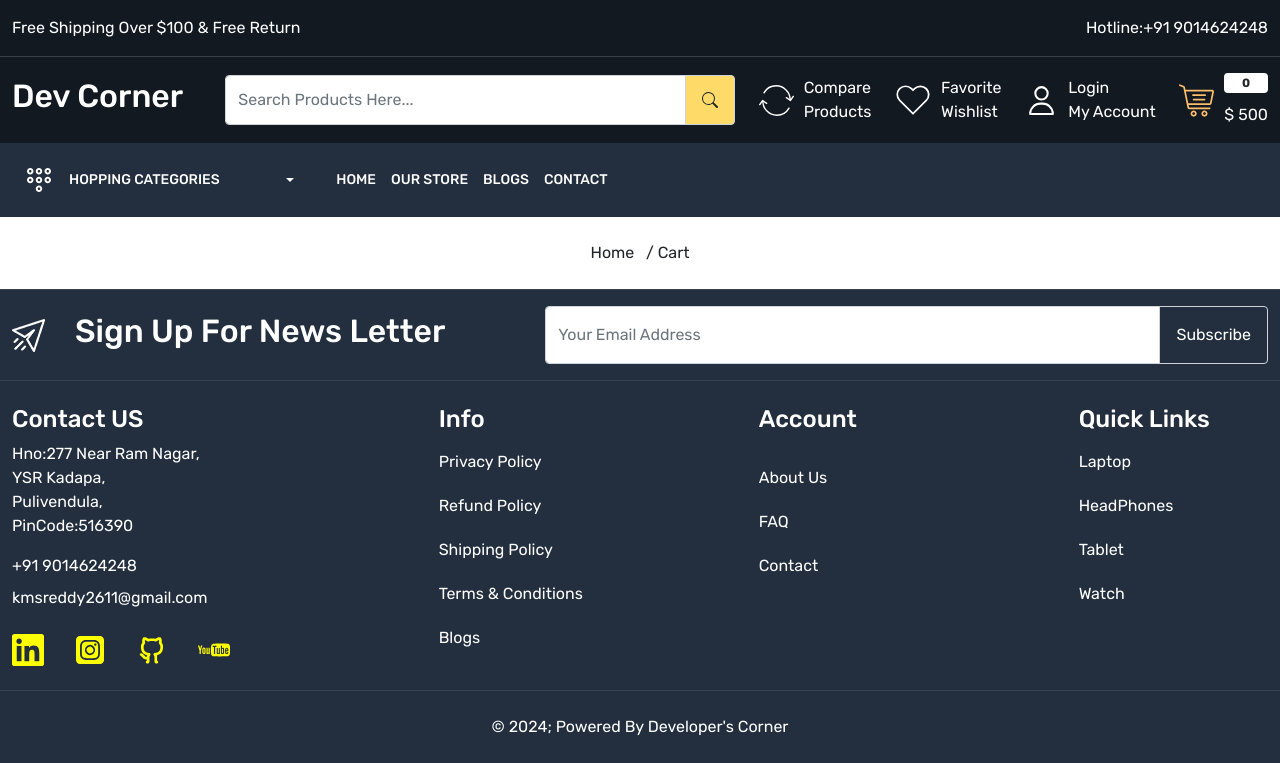
Repository: maniheist/ecommerce-app
Page: /cart
These files come from the project's save history. The page is drawn as it stood at one moment and after the next save; the edit follows.
The browser window is 1280 px wide. The pictures show the whole page.
The project was rebuilt for these pictures with package versions that can differ from the ones it lists, and the page was loaded fresh each time. Also part of the build but not shown: src/components/BlogCard.js, src/components/ProductCard.js, src/components/SpecialProduct.js, src/pages/Home.js, src/pages/About.js, src/pages/Contact.js, src/components/Color.js, src/pages/OurStore.js and 13 more.

Above is the page before, as saved 2024-02-21 17:09:42.

### public/index.html
<!DOCTYPE html>
<html lang="en">
  <head>
    <meta charset="utf-8" />
    <link rel="icon" href="%PUBLIC_URL%/favicon.ico" />
    <meta name="viewport" content="width=device-width, initial-scale=1" />
    <meta name="theme-color" content="#000000" />
    <meta
      name="description"
      content="Web site created using create-react-app"
    />
    <link rel="apple-touch-icon" href="%PUBLIC_URL%/logo192.png" />

    <link rel="preconnect" href="https://fonts.googleapis.com" />
    <link rel="preconnect" href="https://fonts.gstatic.com" crossorigin />
    <link
      href="https://fonts.googleapis.com/css2?family=Rubik:ital,wght@0,300..900;1,300..900&display=swap"
      rel="stylesheet"
    />
    <link
      href="https://cdn.jsdelivr.net/npm/bootstrap@5.0.2/dist/css/bootstrap.min.css"
      rel="stylesheet"
      integrity="sha384-EVSTQN3/azprG1Anm3QDgpJLIm9Nao0Yz1ztcQTwFspd3yD65VohhpuuCOmLASjC"
      crossorigin="anonymous"
    />
    <link rel="manifest" href="%PUBLIC_URL%/manifest.json" />

    <title>React Redux App</title>
  </head>
  <body>
    <noscript>You need to enable JavaScript to run this app.</noscript>
    <div id="root"></div>
    <script
      src="https://cdn.jsdelivr.net/npm/bootstrap@5.0.2/dist/js/bootstrap.bundle.min.js"
      integrity="sha384-MrcW6ZMFYlzcLA8Nl+NtUVF0sA7MsXsP1UyJoMp4YLEuNSfAP+JcXn/tWtIaxVXM"
      crossorigin="anonymous"
    ></script>
  </body>
</html>

### src/index.js
import React from 'react';
import { createRoot } from 'react-dom/client';

import App from './App';

const container = document.getElementById('root');
const root = createRoot(container);

root.render(

      <App />

);

### src/App.js
import React from 'react';
import './App.css';
import {BrowserRouter,Routes,Route} from "react-router-dom";
import Layout from "./components/Layout";
import Home from "./pages/Home"
import About from "./pages/About"
import Contact from "./pages/Contact"
import OurStore from './pages/OurStore';
import Blog from "./pages/Blog";
import CompareProduct from './pages/CompareProduct';
import Wishlist from './pages/Wishlist';
import Login from './pages/Login';
import Forgotpassword from './pages/Forgotpassword';
import Signup from './pages/Signup';
import Resetpassword from './pages/Resetpassword';
import SingleBlog from './pages/SingleBlog';
import PrivacyPolicy from './pages/PrivacyPolicy';
import RefundPolicy from './pages/RefundPolicy';
import ShippingPolicy from './pages/ShippingPolicy';
import TermAndConditions from './pages/TermAndConditions';
import SingleProduct from './pages/SingleProduct';
import Cart from './pages/Cart';
function App() {
  return (
    <>
      <BrowserRouter>
        <Routes>
        <Route path="/" element={<Layout />}>
<Route index element={<Home />} />
<Route path="about" element={<About />}/>
<Route path="contact" element={<Contact />}/>
<Route path="product" element={<OurStore />}/>
<Route path="product/:id" element={<SingleProduct />}/>
<Route path="blogs" element={<Blog />}/>
<Route path="blog/:id" element={<SingleBlog />}/>
<Route path="cart" element={<Cart />}/>
<Route path="compare-product" element={<CompareProduct />}/>
<Route path="wishlist" element={<Wishlist />}/>
<Route path="login" element={<Login />}/>
<Route path="forgot-password" element={<Forgotpassword />}/>
<Route path="signup" element={<Signup />}/>
<Route path="reset-password" element={<Resetpassword />}/>
<Route path="privacy-policy" element={<PrivacyPolicy />}/>
<Route path="refund-policy" element={<RefundPolicy />}/>

<Route path="shipping-policy" element={<ShippingPolicy />}/>
<Route path="term-conditions" element={<TermAndConditions />}/>


        </Route>

        </Routes>
      </BrowserRouter>
    </>

  );
}

export default App;

### src/App.css
*{
  margin:0;
  padding:0;
  box-sizing:border-box;
}
:root{
  --color-131921:#131921;
  --color-3b4149:#3b4149;
--color-febd69:#fedb69;
--color-232f3e:#232f3e;
--color-bf4800:#bf4800;
--color-f5f5f7:#f5f5f7;
--color-ededed:#ededed;
--color-777777:#777777;
--color-1c1b1b:#1c1b1b;
--color-f2f2f2:#f2f2f2;
}

.section-heading{
  font-size: 26px;
  line-height: 32px;
  font-weight: 500;
  margin-bottom: 30px;

}
.card-wrapper{
  background-color: white;
  box-shadow: 0 0 10px #0000001a;
  padding: 15px;
}

.button{
  background-color:var(--color-232f3e) ;
  color: white;
  padding: 13px 33px;
  font-size: 14px;
  border-radius: 15px;
}
.button:hover{
  background-color: var(--color-febd69);
  color:#131921
}
body {
  font-family:"Rubik", sans-serif;
}
a {
  text-decoration:none;
  display:inline-block;
}

.form-control:focus{
  box-shadow:none;
  border-color: inherit;
}

/*header part*/
.header-top-strip{
  border-bottom: 1px solid var(--color-3b4149);
  background-color:var(--color-131921) ;
}

.header-upper{
  background-color: var(--color-131921);
}

.header-bottom{
  background-color: var(--color-232f3e);
}

.header-upper .input-group-text{
  background-color: var(--color-febd69);
}

.header-upper.header-upper-links img{
  width:35px;
  height: 35px;
}

.gap-10{
  gap: 10px;
}


.gap-15{
  gap: 15px;
}

.gap-30{
  gap: 30px;
}
.header-bottom .menu-links a,
.header-bottom .dropdown button
{
  color: white;
  font-size: 14px;
  line-height: 18px;
  font-weight: 480;
  letter-spacing:0.3;
  text-transform: uppercase;
}

.header-bottom .dropdown button:focus{
  box-shadow: none;
}

.header-bottom .dropdown-menu{
  background-color: var(--color-131921);
  width:100%;
  transform: translate3d(0px,57px,0px) !important;
}

.header-bottom .dropdown-item{
  padding:20px;
  margin-bottom: 3px;
  border-bottom: 1px solid var(--color-3b4149)
  ;

}
.header-bottom .dropdown-item:hover{
  background-color: transparent;
  color: var(--color-febd69) !important;
}
/*header part end */


/*footer part  */

footer{
  background-color: var(--color-232f3e);
}



footer:not(:first-child){
  border-top:1px solid rgba(255,255,255,0.1);

}

footer .input-group-text{
  background-color: var(--color-232f3e);
  color:white;
  padding:8px 17px;
}
/* footer part end */

/*Home page*/

.main-banner-content{
  top:15%;
  left:5%;
}

.main-banner-content h4{

  font-size: 19px;
  font-weight: 400;
  line-height: 24px;
  color:var(--color-bf4800);
  margin: 0 0 12px;
  letter-spacing: 0.3px;
  text-transform: uppercase;

}

.main-banner-content h5{
  font-size: 52px;
  font-weight: 500;
  line-height: 64px;
  letter-spacing: -2px;
  text-transform: none;

}

.main-banner-content p{
  font-size: 18px;
  line-height: 28px;
  letter-spacing: 0.4px;
  font-weight: 100;
  color: var(--color-131921);
}


.small-banner-content{
  top:25%;
  left:10%;
}

.small-banner-content h4{

  font-size: 21px;
  font-weight: 400;
  line-height: 24px;
  color:var(--color-bf4800);
  margin: 0 0 12px;
  letter-spacing: 0.3px;
  text-transform: uppercase;
}
.small-banner-content h5{
  font-size: 33px;
  font-weight: 500;
  line-height: 34px;
  letter-spacing: -2px;
  text-transform: none;

}

.small-banner-content p{
  font-size: 18px;
  line-height: 28px;
  letter-spacing: 0.4px;
  font-weight: 100;
  color: var(--color-131921);
}

.small-banner{
  width: 49%;

}


/* Home wrapper 2 */

.home-wrapper-2{
  background-color: var(--color-f5f5f7);

}

/* Home wrapper 2 ends */

/* categories section */

.categories{
  background-color: white;
  box-shadow: 0 0 10px #0000001a;
  padding: 15px;
}

.categories > div{
  width:25%;
  padding: 10px 10px 10px 20px;
}

.categories > div:nth-child(1),
.categories > div:nth-child(2),
.categories > div:nth-child(3),
.categories > div:nth-child(4){
  border-bottom: 1px solid var(--color-ededed) ;
}

.categories>div>div{
  width:60%
}

.categories > div:nth-child(1),
.categories > div:nth-child(2),
.categories > div:nth-child(3){
  border-right: 1px solid var(--color-ededed) ;
}

.categories > div:nth-child(5),
.categories > div:nth-child(6),
.categories > div:nth-child(7){
  border-right: 1px solid var(--color-ededed) ;
}
/* categories end */

/* Home Page End */


/* Blogcard */

.blog-card{
  background-color: white;
  padding:20px;
  border-radius:10px;
}

.blog-card img{
  border-top-left-radius:10px;
  border-top-right-radius:10px;
}

.blog-content{
  padding: 15px;

}

.blog-contentp.date{
  font-size: 13px;
  line-height: 24px;
  text-transform: uppercase;
  letter-spacing: 0;
  font-weight: 400;
  color: var(--color-777777);
  padding: 0;

}

.blog-content h5{
  font-size: 18px;
  color: var(--color-131921);
}


.blog-content p.desc{
  font-size: 13px;
  line-height: 22px;
  color: var(--color-777777);
}

.single-blog-card a{
  font-size: 18px;
  color: var(--color-777777);;
  margin-bottom: 20px;
}
.single-blog-card h3{
  font-size: 24px;
  font-weight: 600;
  color: var(--color-1c1b1b);

}

.single-blog-card p{
  color: var(--color-777777);
  font-size: 14px;
}




/*Blogcard ends*/


/* product card */

.product-card{
  padding: 15px;
  background-color: white;
  border-radius: 13px;
overflow:hidden;
width: 100%;
}

.product-card .product-image{
  height: 270px;
}

.product-card .product-image img{
  object-fit: contain;
}
.product-card .product-image> img:last-child{
  display: none;
}
.product-card:hover .product-image > img:nth-child(1){
display: none;

}
.product-card:hover .product-image>img:last-child{
  display: block;


}



.product-card:hover .action-bar{
  right: 15px;

}
.product-card .product-details h6 {
  color:var(--color-bf4800);
  font-size: 13px;



}


.product-card .product-details h5{
  font-size: 15px;
  color: var(--color-1c1b1b);
}

.product-card.product-details p.price{
  font-size: 16px;
  color: var(--color-1c1b1b);
}

.product-card p.description{
  font-size: 13px;
  color: var(--color-777777);
  margin-right: 20px;
}

.action-bar{
  top: 10%;
  right:-23px;
  transition: 0.3s;
}


.wishlist-icon{
  top: 2%;
  right:15px;

}
/* product card ends */

/* special product */

.special-product-card{
  padding:20px 10px;
  border-radius: 10px;
  background-color: white;
}

.special-product-card .badge{
  background-color:#eb353b !important;
}


/* special product ends */

/* famous start */

.famous-card .famous-content{
  top: 10%;
  left: 5%;

}

.famous-card img{
  border-radius: 10px;
}

.famous-content h5{
  font-size: 13px;
  line-height: 20px;
  font-weight: 400px;
  color: white;
  margin-bottom: 7px;
  text-transform: uppercase;

}
.famous-content h6{
  font-size: 24px;
  line-height: 38px;
  font-weight: 500;
  color: white;
}
.famous-content p{
  font-size: 16px;
  line-height: 24px;
  color: white;
  font-weight: 100;
}

/* famous ends */

/* Our Store Start */

.filter-card{
  background-color: white;
  border-radius: 10px;
  padding: 15px 15px 25px;
}

.filter-title{
  font-size: 16px;
  line-height: 20px;
  font-weight: 600;
  color: var(--color-1c1b1b);
  margin-bottom: 20px;
}

.filter-card ul,
.filter-card .form-check-label {
  list-style-type:none;
  font-size: 13px;
  line-height: 30px;
  color: var(--color-777777);
  cursor: pointer;
}

.filter-card .form-check-input:focus{
  box-shadow: none;
  border-color: rgba(0,0,0,0.25);
}
.filter-card .form-check-input:checked{
background-color: var(--color-febd69);
  border-color: var(--color-febd69);

}
.sub-title{
  font-size: 40px;
  font-weight: 600;
  color: var(--color-1c1b1b);
  margin-bottom: 15px;
  margin-top: 20px;
}

.colors{
  list-style-type: none;
  display: flex;
  flex-wrap: wrap;
  gap: 10px;
}
.colors .one{
  width: 20px;
  height: 20px;
  background-color: red;
  border-radius: 50%;
}
.colors .two{
  width: 20px;
  height: 20px;
  background-color: blue;
  border-radius: 50%;
}
.colors  .three{
  width: 20px;
  height: 20px;
  background-color: yellow;
  border-radius: 50%;
}
.colors  .four{
  width: 20px;
  height: 20px;
  background-color: pink;
  border-radius: 50%;
}
.colors  .five{
  width: 20px;
  height: 20px;
  background-color: black;
  border-radius: 50%;
}
.colors  .six{
  width: 20px;
  height: 20px;
  background-color: brown;
  border-radius: 50%;
}

.colors  .seven{
  width: 20px;
  height: 20px;
  background-color:chocolate;
  border-radius: 50%;
}

.random-products h5{
font-size: 14px;
margin-bottom: 8px;
}

.random-products:first-child{
  border-bottom: 1px solid var(--color-ededed);
}

.filter-sort-grid{
  padding: 10px;
  background-color: white;
  border-radius: 10px;
}

.grid img{
  width: 35px;
  height: 35px;
  background-color: var(--color-f2f2f2);
  padding: 8px;
  border-radius: 3px;
  cursor: pointer;
}
.grid img:hover{
  background-color:burlywood;
}

.g-12{
  width: 100%;

}
.gr-6{
  width: 49%;
}
.gr-4{
  width: 32%;
}
.gr-3{
  width: 24%;

}

.gr-12 .product-card{
  display: flex;
  gap:20px;
}
.gr-6 .product-image{
  width: 100%;
}
.gr-6 .product-image img{
  margin: auto;
  display: block;
}
.gr-12 .product-card .product-image{
  width: 270px;
}

.gr-12 .product-card .product-image{
  height: auto;
}
.gr-12 .action-bar{top: 17%;}


/* Our store ends */


/* contact us starts*/

.contact-inner-wrapper{
  padding:30px 20px;
  border-radius: 15px;
  background-color: white;
  gap:15px;
}
.contact-inner-wrapper>div{
  width: 48%;
}

.contact-title{
  font-size: 26px;
  font-weight: 500;
  line-height: 35px;
  text-align: left;

}

.contact-inner-wrapper form .form-control{
  background-color: var(--color-f5f5f7);
  border-radius: 10px;
  border-color: transparent;
  padding: 10px;
}

.contact-inner-wrapper ul{
  list-style: none;
}

.contact-inner-wrapper address,.contact-inner-wrapper a,.contact-inner-wrapper p{
  color: var(--color-777777);
}

/* contact us ends */

/* compare products */

.compare-product-card {
  padding: 20px 15px;
  background-color: white;
  border-radius: 10px;

}

.compare-product-card .cross ,.wishlist-card .cross{
  top: 15px;
  right: 15px;
  width: 25px;
  padding: 3px;
cursor: pointer;
}

.compare-product-details h5.title, .wishlist-card h5.title{
  font-size: 15px;
  line-height: 22px;
  font-weight: 500;
  color: var(--color-1c1b1b);
}

.compare-product-details h6.price, .wishlist-card h6.price{
font-size: 15px;
line-height: 22px;
font-weight: 400;
}

.compare-product-card .product-detail{
  display: flex;
  justify-content: space-between;
  align-items: center;
  padding: 10px 0px;
  border-top: 1px solid rgba(0,0,0,0.1);
}




/* compare products ends */


/* login starts */

.auth-card{
  padding: 20px;
  background-color: white;
  width: 500px;
  margin: 30px auto;
  border-radius: 10px;
}

.auth-card p{
  font-size: 13px;
  color: var(--color-777777);
}
.auth-card h3{
  font-size: 19px;
  font-weight: 500;

color: var(--color-777777);
}

.auth-card .form-control{
  height: 50px;
  background-color: var(--color-f5f5f7);
  color: var(--color-777777);
  border-radius: 10px;
  border-color: transparent;
  font-size: 14px;
}

.auth-card a{
  font-size: 14px;
  font-weight: 400;
  color: var(--color-1c1b1b);
}

.signup{
  background-color: var(--color-febd69);
  color: var(--color-131921);
  border: none;
}

.signup:hover {
  background-color: var(--color-131921);
  color:white;
}

/*login ends */


/* Policy starts */

.policy{
  background-color: white;
  padding: 30px;
}





/* policy Ends */


/* main product page starts*/

.description-wrapper h4, .reviews-wrapper h3{
font-size: 26px;
color: var(--color-1c1b1b);
margin-bottom: 10px;
}

.description-wrapper p{
  font-size: 14px;
  counter-reset: var(--color-777777);;
}
.review-inner-wrapper{
  background-color: white;
  padding: 30px;}
.review-head{
border-bottom: 1px solid rgba(0,0,0,0.1);
padding-bottom: 20px;
}

.review-head p, .review-head a{
  font-size: 14px;
  color: var(--color-777777);
}

.review-head h4{
  font-size: 18px;
  color: var(--color-1c1b1b);

}

.review-form h4{
  font-size: 16px;
  color: var(--color-777777);
}

.review-form{
    border-bottom: 1px solid rgba(0,0,0,0.1);

}
.review:not(:last-child){
  border-bottom: 1px solid rgba(0,0,0,0.1);
}
.review p{
  font-size: 14px;
  color: var(--color-777777);
}

.main-product-image{
  padding:20px;
  background-color: white;
  border-radius: 10px;
}

.main-product-image>div{
  border: 1px solid rgba(0,0,0,0.25);
}

.main-product-image img {
  width: 61% !important;
  height: 500px !important;
  object-fit: cover;
}

.other-product-images{
  background-color: white;
  padding: 20px;

}
.other-product-images>div{
  padding: 20px;
  width: 48%;
border: 1px solid rgba(0,0,0,0.25);
}

.main-product-image .js-image-zoom__zoomed-image{
  left: 40px !important;
  padding: 10px;
  background-color: white;
  border-radius: 10px;
  z-index:1000;
}

.main-product-details{
  padding: 30px 20px;
  border-radius: 10px;
  background-color: white;
}

.border-bottom{
  border-bottom: 1px solid rgba(0,0,0,0.25);
}

.main-product-details h3.title{
  font-size: 18px;
  font-weight: 600;
  color: var(--color-1c1b1b);
  margin-bottom: 10px;
}

.main-product-details p.price{
  font-size: 16px;
  line-height: 20px;
  font-size: 600;
  margin-bottom: 10px;
}

.main-product-details a.review-btn,.t-review{
  color: var(--color-777777);
  font-size: 13px;
}

.product-heading{
font-size: 14px;
color:var(--color-1c1b1b);
margin-bottom: 0px;
}
.product-data{
  font-size: 13px;
  columns: var(--color-777777);
  margin-bottom: 0px;
}
.main-product-details a{
  font-size: 14px;
  color: var(--color-777777);
}

/* main product page ends */

### src/components/Layout.js
import React from 'react'
import {Outlet} from "react-router-dom";
import Header from "./Header";
import Footer from "./Footer";
const Layout = () => {
  return (
    <>
            <Header />
            <Outlet />
            <Footer />

    </>
  )
}

export default Layout

### src/pages/Cart.js
import React from 'react'
import BreadCrumb from '../components/BreadCrumb';
import {Link} from 'react-router-dom';
import Meta from '../components/Meta';
const Cart = () => {
  return <>

      <Meta title={"Cart"}></Meta>
    <BreadCrumb title='Cart'/>
    <section className='cart-wrapper' home-wrapper-2 py-5></section>
  </>
}

export default Cart

### src/components/Header.js
import React from 'react'
import {NavLink,Link} from "react-router-dom"
import {BsSearch} from "react-icons/bs"
const Header = () => {
  return <>
  <header className='header-top-strip py-3'>
    <div className='container-xxl'>
      <div className='row'>
        <div className='col-6'>
          <p className='text-white mb-0'>Free Shipping Over $100 & Free Return</p>
        </div>
        <div className='col-6'>
          <p className='text-end text-white mb-0'>
            Hotline:
            <a className='text-white' href='tel:+9014624248'>+91 9014624248</a>
          </p>
        </div>
      </div>
    </div>
  </header>
  <header className='header-upper py-3'>
    <div className='container-xxl'>
      <div className='row align-items-center'>
        <div className='col-2'>
          <h2><Link className='text-white'>
            Dev Corner
          </Link></h2>
        </div>
        <div className='col-5'>
          <div className="input-group">
  <input type="text" className="form-control py-2" placeholder="Search Products Here..." aria-label="Search Products Here..." aria-describedby="basic-addon2"/>
  <span className="input-group-text p-3" id="basic-addon2"><BsSearch className='fs-6' /></span>
</div>
        </div>
        <div className='col-5'>
          <div className='header-upper-links d-flex align-items-center justify-content-between'>
            <div>
              <Link to='/compare-product' className='d-flex align-items-center gap-10 text-white'>
              <img src="/images/compare.svg" alt='compare' />
                <p className='mb-0'>Compare <br /> Products</p>
              </Link>
            </div>
            <div>
              <Link to="/wishlist" className='d-flex align-items-center gap-10 text-white'>
              <img src="/images/wishlist.svg" alt='wishlist' />
                <p className='mb-0'>Favorite <br /> Wishlist</p>
              </Link>
            </div>
            <div>
              <Link to="/login" className='d-flex align-items-center gap-10 text-white'>
              <img src="/images/user.svg" alt='user' />
                <p className='mb-0'>Login <br /> My Account</p>
              </Link>
            </div>
            <div>
              <Link to="/cart" className='d-flex align-items-center gap-10 text-white'>
            <img src="/images/cart.svg" alt='cart' />
                <div className='d-flex flex-column gap-10'>
                <span className='badge bg-white text-dark'>0</span>
                <p className='mb-0'>$ 500</p>

                </div>
              </Link>
            </div>
          </div>
        </div>
      </div>
    </div>
  </header>
<header className='header-bottom py-3'>
  <div className='container-xxl'>
    <div className='row'>
      <div className='col-12'>
        <div className='menu-bottom d-flex align-items-center gap-30'>
        <div>
          <div className="dropdown">
  <button className="btn btn-secondary dropdown-toggle bg-transparent border-0 gap-15 d-flex align-items-center" type="button" id="dropdownMenuButton1" data-bs-toggle="dropdown" aria-expanded="false">
    <img src="images/menu.svg" alt=""/><span className='me-5 d-inline-blocto'>hopping Categories</span>
  </button>
  <ul className="dropdown-menu" aria-labelledby="dropdownMenuButton1">
    <li><to className="dropdown-item text-white" to="">Pants</to></li>
    <li><to className="dropdown-item text-white" to="">Shirts</to></li>
    <li><to className="dropdown-item text-white" to="">Shorts</to></li>
  </ul>
</div>
        </div>
        <div className='menu-links'>
          <div className='d-flex align-items-center gap-15'>
            <NavLink className='text-white' to="/">Home</NavLink>
            <NavLink className='text-white' to="/product">Our Store</NavLink>
            <NavLink className='text-white' to="/blogs">Blogs</NavLink>
            <NavLink className='text-white' to="/contact">Contact</NavLink>
          </div>
        </div>

        </div>
      </div>
    </div>
  </div>
</header>


  </>
}

export default Header

### src/components/BreadCrumb.js
import React from 'react'
import {Link} from 'react-router-dom';
const BreadCrumb = (props) => {
    const {title}=props;
  return (
    <div className='breadcrumb mb-0 py-4'>
      <div className='container-xxl'>
        <div className='row'>
            <div className='col-12'>
                <p className='text-center mb-0'><Link to='/' className='text-dark'>Home &nbsp; </Link> / {title}</p>
            </div>
        </div>
      </div>
    </div>
  )
}

export default BreadCrumb

### src/components/Meta.js

import React from 'react'
import {Helmet} from "react-helmet";

const Meta = (props) => {
  return (
    <Helmet>
                <meta charSet="utf-8" />
                <title>{props.title}</title>
            </Helmet>
  )
}

export default Meta

Loaded but not shown: src/components/Footer.js (105 lines, source omitted)

After the next save:
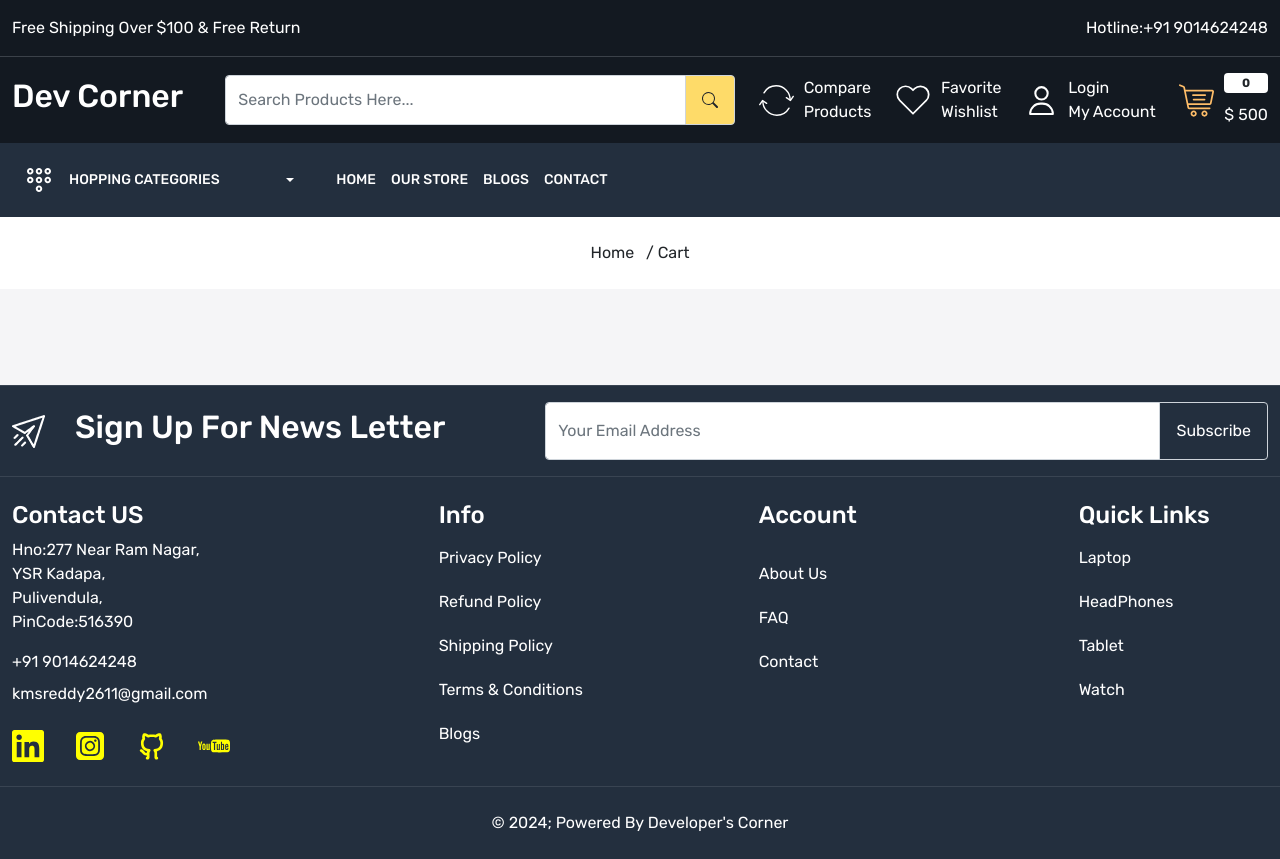
Saved 7 s later.
--- a/src/pages/Cart.js
+++ b/src/pages/Cart.js
@@ -7,7 +7,7 @@ const Cart = () => {
 
       <Meta title={"Cart"}></Meta>
     <BreadCrumb title='Cart'/>
-    <section className='cart-wrapper' home-wrapper-2 py-5></section>
+    <section className='cart-wrapper home-wrapper-2 py-5'></section>
   </>
 }
 
